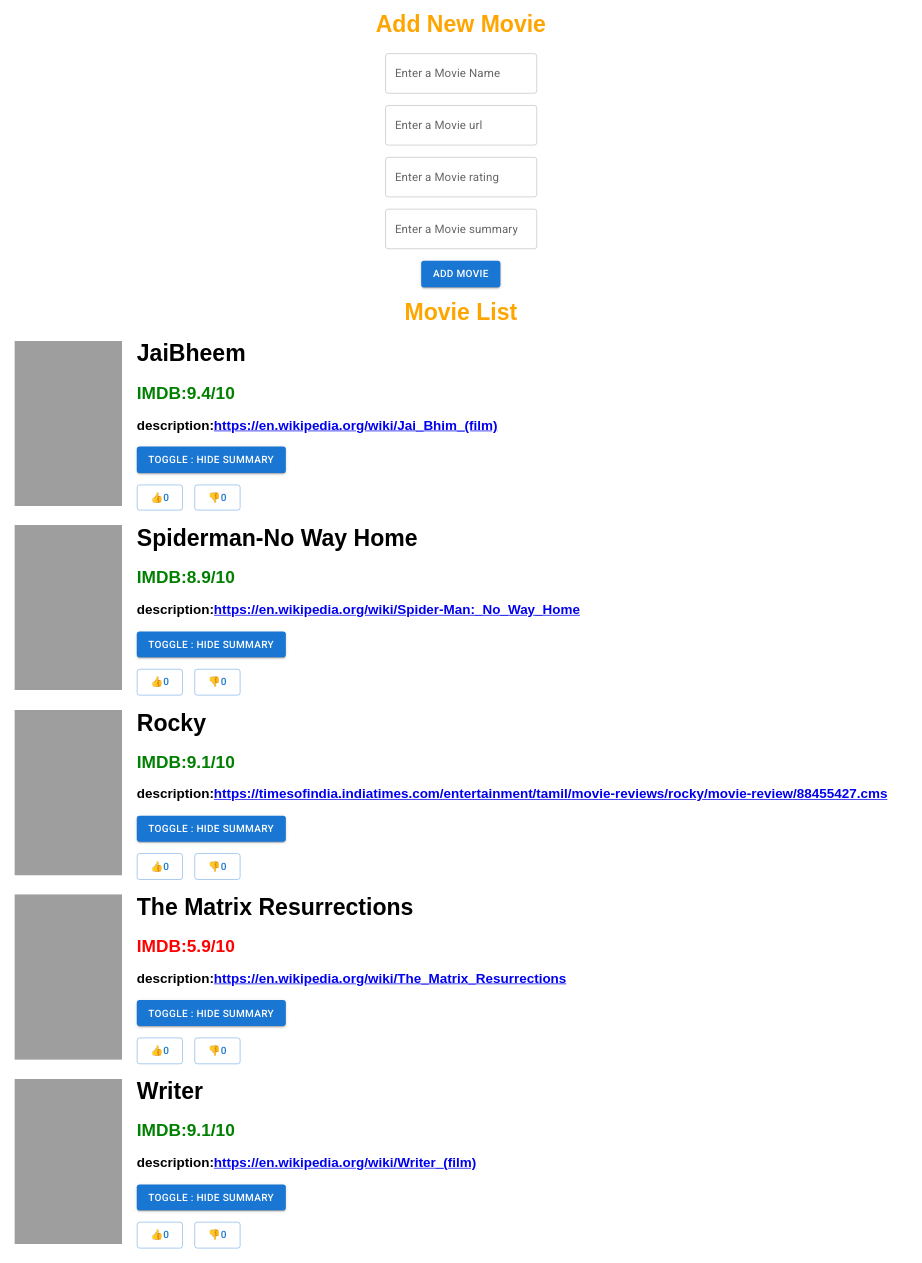
Repository: baladhinesh18/first-app
Page: /AddColor
The author's editor kept a copy of each file at every save. The page is drawn from the files as they stood at one save, then again after the next save.
The browser window is 1280 px wide. The pictures show the whole page, at 72% of full size.
Pictures or frames that could not be fetched are drawn as grey boxes. The project was rebuilt for these pictures with package versions that can differ from the ones it lists, and the page was loaded fresh each time.

Above is the page before, as saved 2022-01-28 17:57:00.

After the next save:
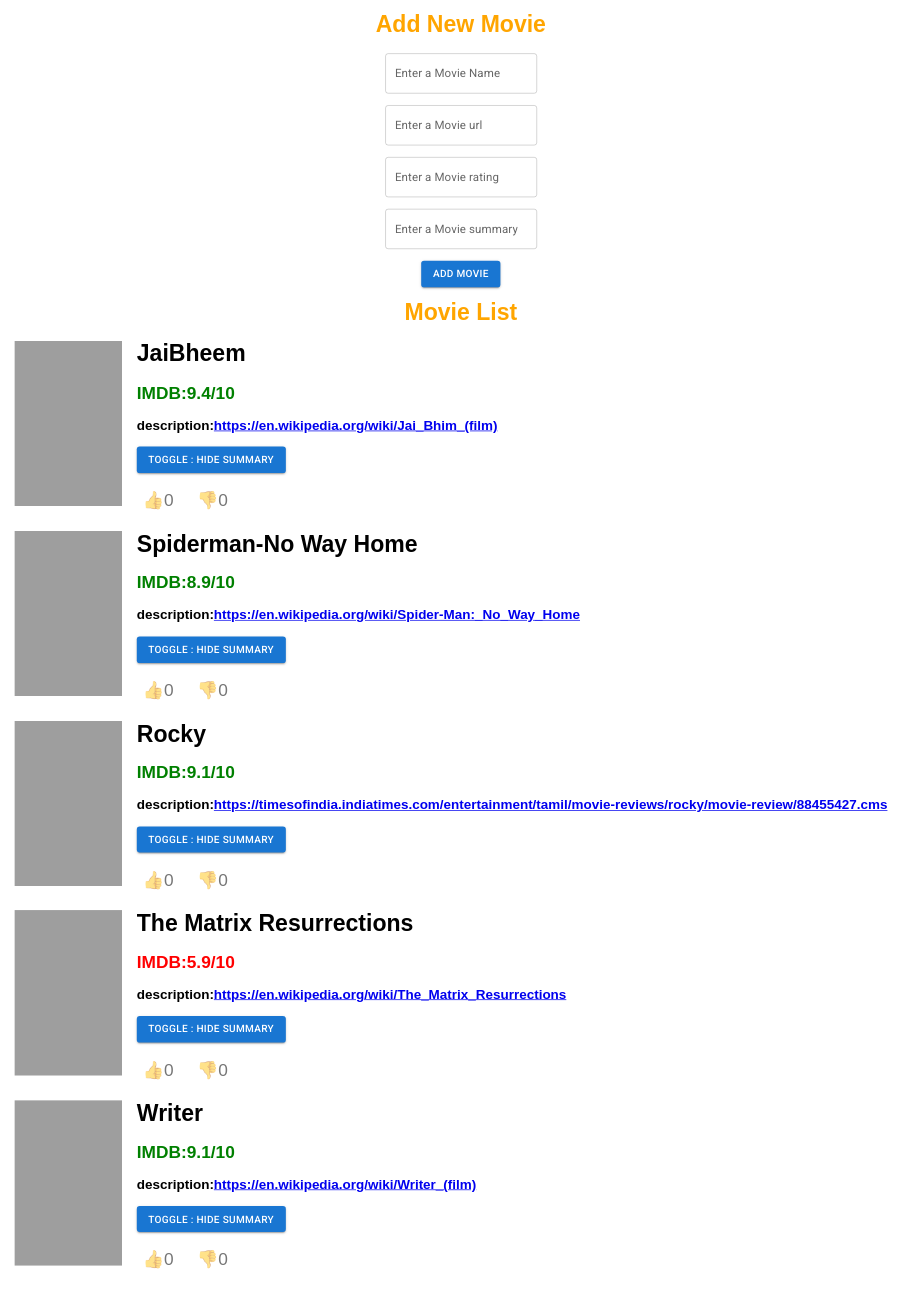
Saved 2 min 43 s later.
--- a/src/App.js
+++ b/src/App.js
@@ -3,6 +3,7 @@
 import {useState} from "react";
 import Button from '@mui/material/Button';
 import TextField from '@mui/material/TextField';
+import IconButton from '@mui/material/IconButton';
 // const[add,setAdd] =useState([]);
 function App() {
   let users = [
@@ -78,8 +79,8 @@
 const marr={margin:'0 1rem 0 0 ',color:"primary"}
 return(
   <div className="vacls">
-  <Button onClick={()=>setLike(like+1)}   variant="outlined" style={marr}>👍{like}</Button>
-  <Button onClick={()=>setDislike(dislike+1)}   variant="outlined" style={{color:"error"}} >👎{dislike}</Button>
+  <IconButton onClick={()=>setLike(like+1)}   variant="outlined" style={marr}>👍{like}</IconButton>
+  <IconButton onClick={()=>setDislike(dislike+1)}   variant="outlined" style={{color:"error"}} >👎{dislike}</IconButton>
   {/* <h1>{like}</h1> */}
   </div>
 )}
